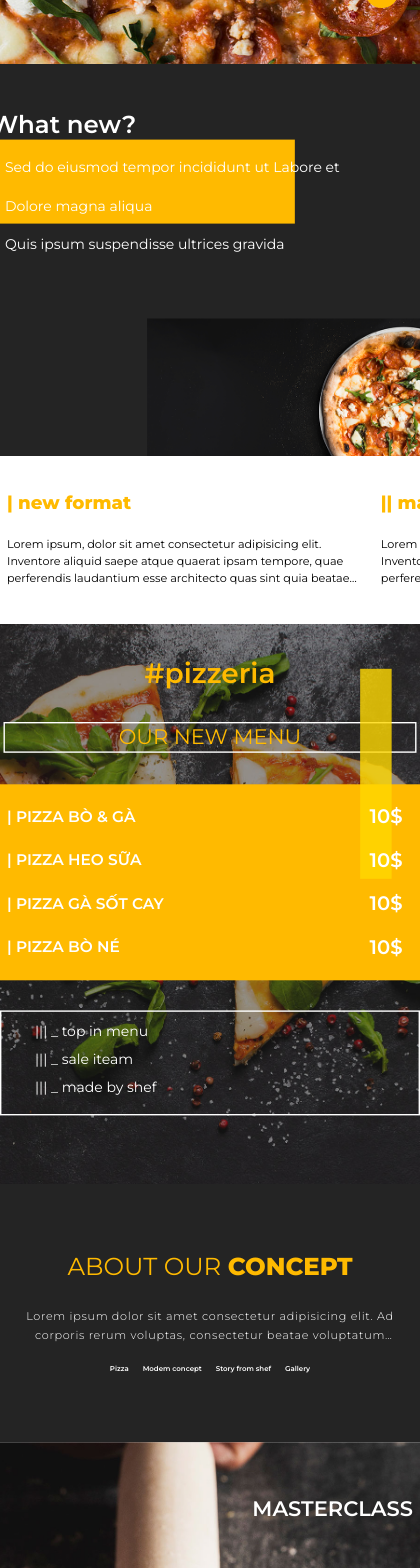
Repository: phu1204/pizzeria.github.io
Page: index.html
These files come from the project's save history. The page is drawn as it stood at one moment and after the next save; the edit follows.
The browser window is 600 px wide. The pictures show the part of the page from y = 708 to 2948 px (the page is 6964 px tall), at 70% of full size.
The style sheet was rebuilt from its Sass, Less or Tailwind sources for each picture, by a compiler version that may differ from the author's.

Above is the page before, as saved 2021-07-29 23:21:04.

After the next save:
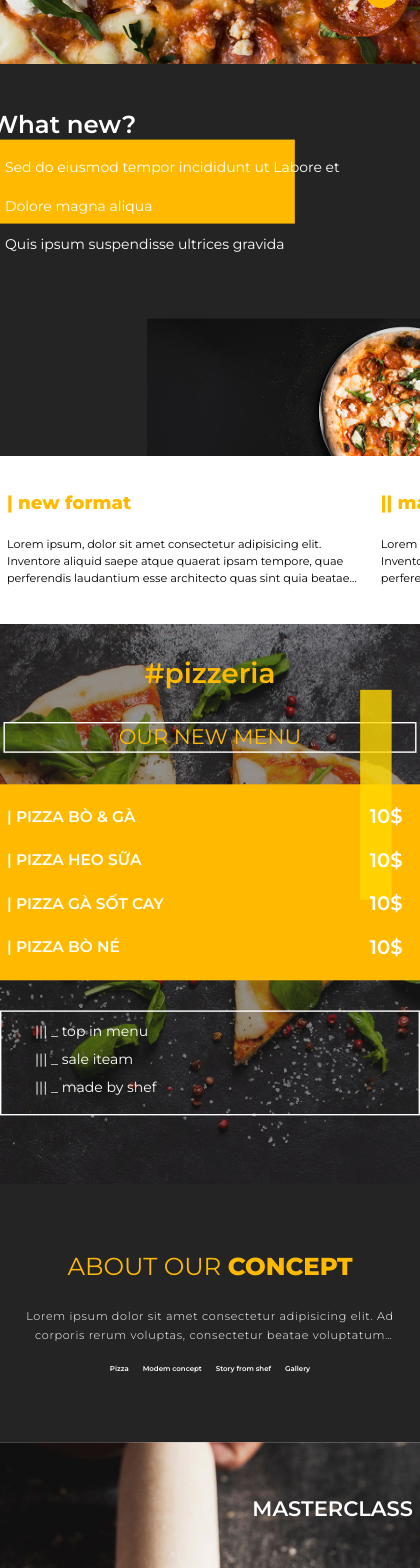
Saved 7 s later.
--- a/scss/_menu.scss
+++ b/scss/_menu.scss
@@ -217,7 +217,7 @@
       top: 0;
     }
     &-list::after{
-      top: 10%;
+      top: 20%;
       right: 3%;
       height: 300px;
     }
